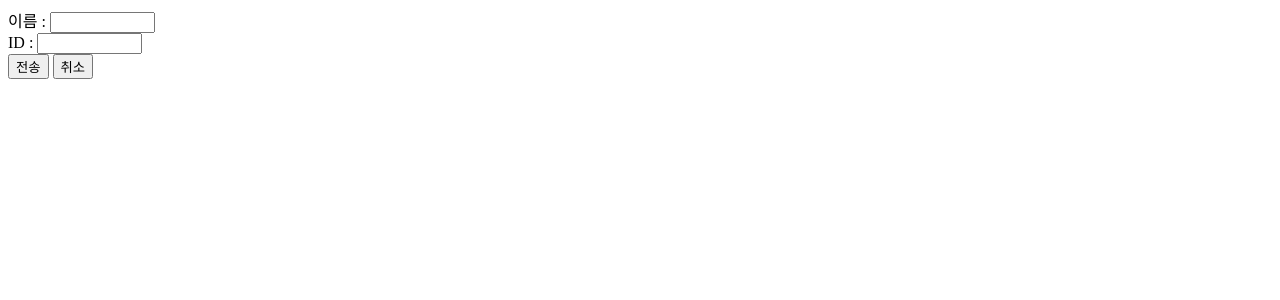
Repository: HyeogDo/Study_Java
Page: http://localhost/JSP/requestForm.jsp
An editor plug-in stored every save of this project. The page is shown before and after the next save, followed by the edit.
The browser window is 1280 px wide. The pictures show the whole page.
The page is served by Tomcat 9.

Above is the page before, as saved 2022-03-16 06:14:56.

After the next save:
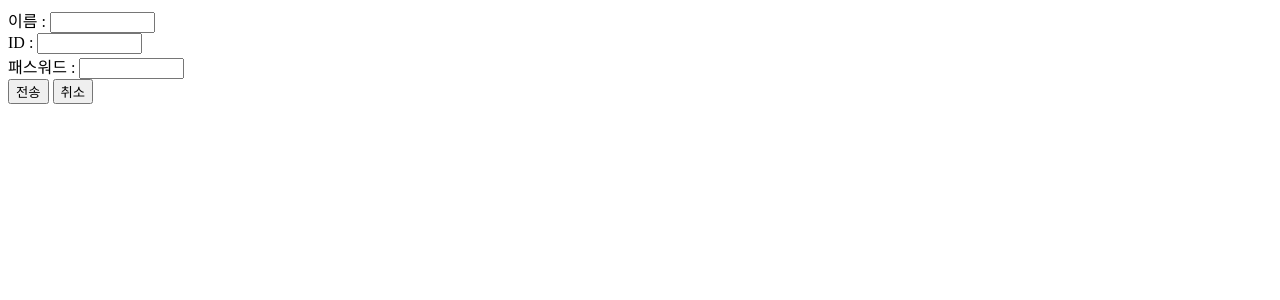
Saved 69 s later.
--- a/JSP/JSP/src/main/webapp/requestForm.jsp
+++ b/JSP/JSP/src/main/webapp/requestForm.jsp
@@ -10,6 +10,7 @@
 		<form action="requestParameter.jsp" method="get">
 			이름 : <input type="text" name="name" size="10"><br>
 			ID : <input type="text" name="id" size="10"><br>
+			패스워드 : <input type="password" name="pw" size="10"><br>
 
 
 			<input type="submit" value="전송">
